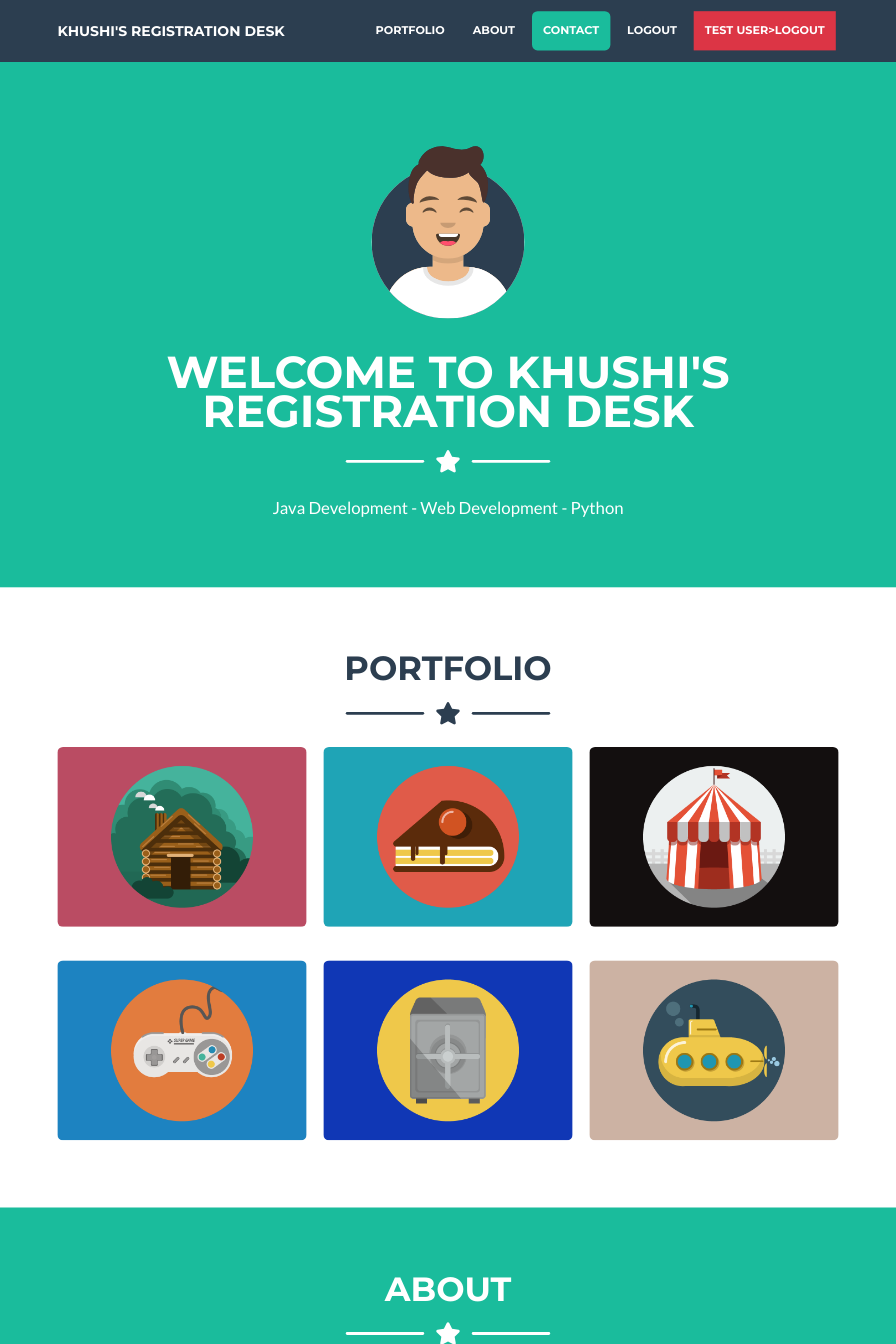
Repository: Khushipm/ISS_Assignment
Page: http://localhost/signup/
The author's editor kept a copy of each file at every save. The page is drawn from the files as they stood at one save, then again after the next save.
The browser window is 1280 px wide. The pictures show the part of the page from y = 0 to 1920 px (the page is 3588 px tall), at 70% of full size.
The page is served by Tomcat 9. The session is filled in as if someone had signed in: {"name": "Test User"}.

Above is the page before, as saved 2024-06-07 11:52:19.

After the next save:
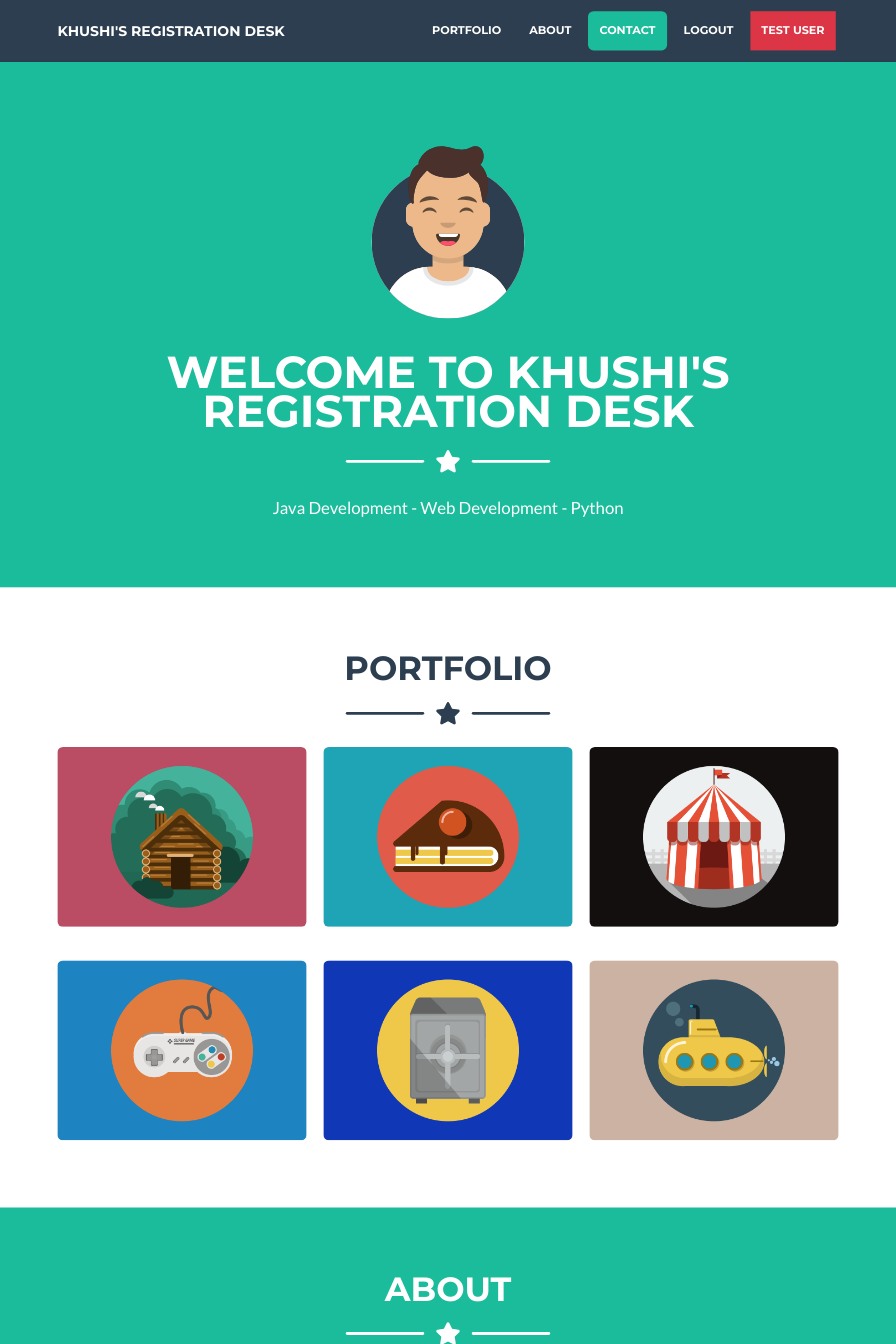
Saved 2 min 42 s later.
--- a/ClientServerConnection/signup/src/main/webapp/index.jsp
+++ b/ClientServerConnection/signup/src/main/webapp/index.jsp
@@ -51,7 +51,7 @@
 					<li class="nav-item mx-0 mx-lg-1"><a
 						class="nav-link py-3 px-0 px-lg-3 rounded" href="logout">Logout</a></li>
 					<li class="nav-item mx-0 mx-lg-1 bg-danger"><a
-						class="nav-link py-3 px-0 px-lg-3 rounded" href="logout"><%=session.getAttribute("name") %>>Logout</a></li>
+						class="nav-link py-3 px-0 px-lg-3 rounded" href="logout"><%=session.getAttribute("name") %></a></li>
 
 				</ul>
 			</div>
